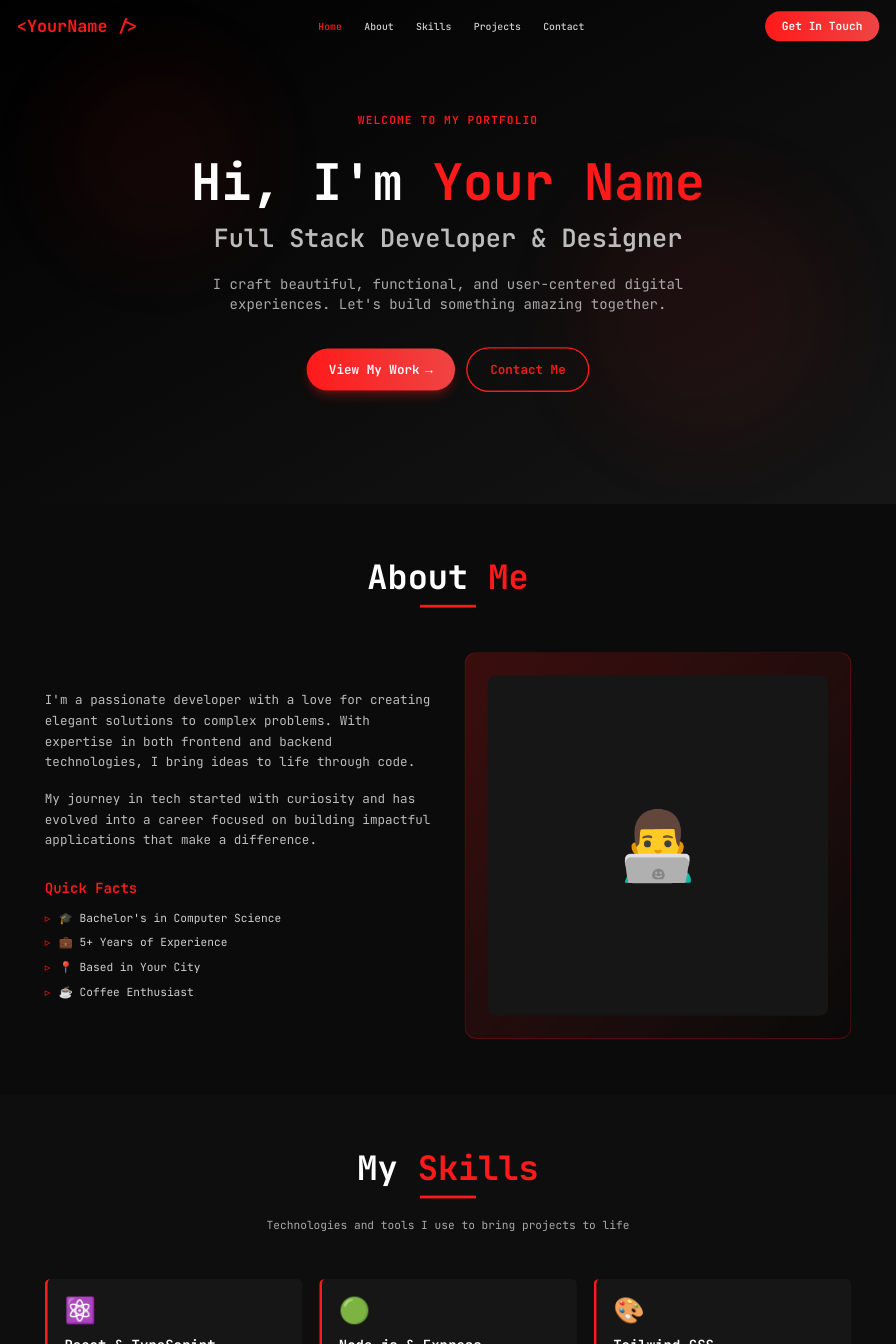
Repository: Eyub-Abdi/portfolio
Page: /
These files come from the project's save history. The page is drawn as it stood at one moment and after the next save; the edit follows.
The browser window is 1280 px wide. The pictures show the part of the page from y = 0 to 1920 px (the page is 4901 px tall before and 4967 px after), at 70% of full size.
The project was rebuilt for these pictures with package versions that can differ from the ones it lists, and the page was loaded fresh each time. Also part of the build but not shown: vite.config.ts.

Above is the page before, as saved 2025-12-02 11:19:05.

After the next save:
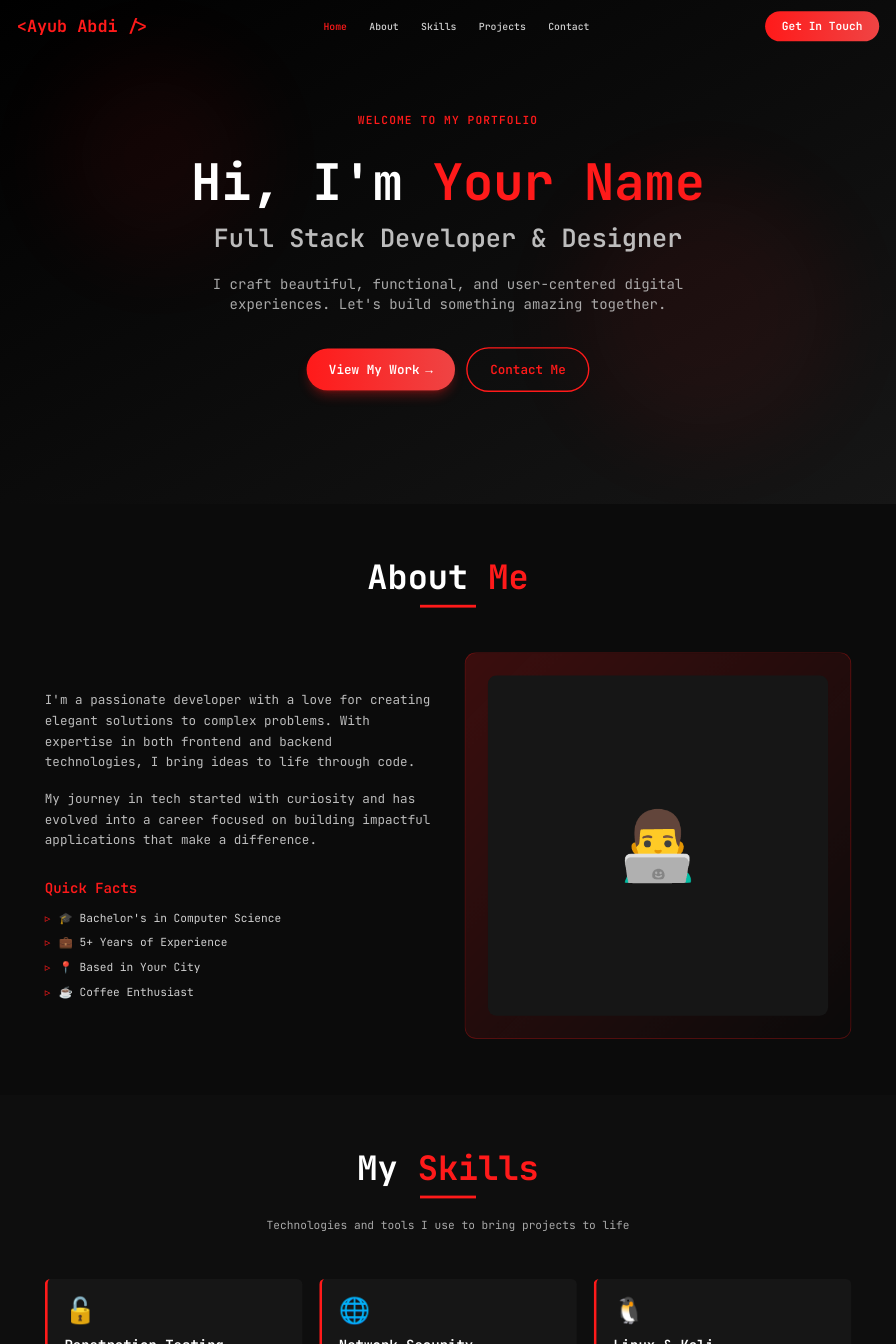
Saved 89 s later.
--- a/index.html
+++ b/index.html
@@ -4,20 +4,20 @@
     <meta charset="UTF-8" />
     <link rel="icon" type="image/svg+xml" href="/vite.svg" />
     <meta name="viewport" content="width=device-width, initial-scale=1.0" />
-    <title>Your Name | Full Stack Developer & Designer</title>
-    <meta name="description" content="Portfolio of Your Name - Full Stack Developer specializing in React, TypeScript, Node.js, and modern web technologies." />
-    <meta name="keywords" content="portfolio, web developer, full stack, react, typescript, node.js, designer" />
-    <meta name="author" content="Your Name" />
+    <title>Ayub Abdi | Cybersecurity Specialist & Ethical Hacker</title>
+    <meta name="description" content="Portfolio of Ayub Abdi - Cybersecurity Specialist specializing in penetration testing, ethical hacking, and network security." />
+    <meta name="keywords" content="cybersecurity, ethical hacking, penetration testing, network security, vulnerability assessment, Ayub Abdi" />
+    <meta name="author" content="Ayub Abdi" />
 
     <!-- Open Graph / Facebook -->
     <meta property="og:type" content="website" />
-    <meta property="og:title" content="Your Name | Full Stack Developer" />
-    <meta property="og:description" content="Portfolio showcasing modern web development projects and skills" />
+    <meta property="og:title" content="Ayub Abdi | Cybersecurity Specialist" />
+    <meta property="og:description" content="Portfolio showcasing cybersecurity projects, penetration testing, and ethical hacking expertise" />
 
     <!-- Twitter -->
     <meta name="twitter:card" content="summary_large_image" />
-    <meta name="twitter:title" content="Your Name | Full Stack Developer" />
-    <meta name="twitter:description" content="Portfolio showcasing modern web development projects and skills" />
+    <meta name="twitter:title" content="Ayub Abdi | Cybersecurity Specialist" />
+    <meta name="twitter:description" content="Portfolio showcasing cybersecurity projects, penetration testing, and ethical hacking expertise" />
 
     <!-- Font Awesome -->
     <link rel="stylesheet" href="https://cdnjs.cloudflare.com/ajax/libs/font-awesome/6.5.0/css/all.min.css" referrerpolicy="no-referrer" />
--- a/src/App.tsx
+++ b/src/App.tsx
@@ -33,37 +33,37 @@ function App() {
   }
 
   const skills = [
-    { name: 'React & TypeScript', icon: '⚛️', description: 'Building modern web applications' },
-    { name: 'Node.js & Express', icon: '🟢', description: 'Backend development & APIs' },
-    { name: 'Tailwind CSS', icon: '🎨', description: 'Modern UI/UX design' },
-    { name: 'MongoDB & SQL', icon: '🗄️', description: 'Database management' },
-    { name: 'Git & DevOps', icon: '🚀', description: 'Version control & deployment' },
-    { name: 'Python & AI', icon: '🤖', description: 'Machine learning & automation' }
+    { name: 'Penetration Testing', icon: '🔓', description: 'Ethical hacking & vulnerability assessment' },
+    { name: 'Network Security', icon: '🌐', description: 'Firewalls, IDS/IPS, VPN configuration' },
+    { name: 'Linux & Kali', icon: '🐧', description: 'Advanced Linux systems & security tools' },
+    { name: 'Python & Scripting', icon: '🐍', description: 'Security automation & exploit development' },
+    { name: 'Web Security', icon: '🔒', description: 'OWASP Top 10, SQL injection, XSS' },
+    { name: 'Malware Analysis', icon: '🦠', description: 'Reverse engineering & threat analysis' }
   ]
 
   const projects = [
     {
-      title: 'E-Commerce Platform',
-      description: 'Full-stack shopping platform with payment integration',
-      tech: ['React', 'Node.js', 'MongoDB', 'Stripe'],
+      title: 'Network Vulnerability Scanner',
+      description: 'Automated tool for detecting security vulnerabilities in networks',
+      tech: ['Python', 'Nmap', 'Scapy', 'SQLite'],
       link: '#'
     },
     {
-      title: 'Task Management App',
-      description: 'Collaborative project management tool with real-time updates',
-      tech: ['TypeScript', 'Express', 'Socket.io', 'PostgreSQL'],
+      title: 'Password Strength Analyzer',
+      description: 'Advanced password security tool with breach detection',
+      tech: ['Python', 'HIBP API', 'Flask', 'React'],
       link: '#'
     },
     {
-      title: 'AI Chat Assistant',
-      description: 'Intelligent chatbot powered by machine learning',
-      tech: ['Python', 'TensorFlow', 'React', 'FastAPI'],
+      title: 'Web Application Firewall',
+      description: 'Custom WAF for detecting and blocking malicious requests',
+      tech: ['Python', 'ModSecurity', 'Nginx', 'ML'],
       link: '#'
     },
     {
-      title: 'Portfolio Website',
-      description: 'Modern responsive portfolio with smooth animations',
-      tech: ['React', 'Tailwind', 'TypeScript', 'Vite'],
+      title: 'Security Awareness Platform',
+      description: 'Educational platform for cybersecurity training',
+      tech: ['React', 'Node.js', 'MongoDB', 'Gamification'],
       link: '#'
     }
   ]
@@ -82,7 +82,7 @@ function App() {
               }}
               className="text-red-terminal text-2xl font-bold hover:opacity-80 transition-opacity"
             >
-              &lt;YourName /&gt;
+              &lt;Ayub Abdi /&gt;
             </a>
 
             <ul className="hidden md:flex items-center gap-8">
@@ -293,8 +293,8 @@ function App() {
             <div className="bg-panel-bg p-8 rounded-xl border border-red-terminal/20">
               <div className="text-4xl mb-4">📧</div>
               <h3 className="text-xl font-semibold text-white mb-2">Email</h3>
-              <a href="mailto:your.email@example.com" className="text-red-terminal hover:underline">
-                your.email@example.com
+              <a href="mailto:ayubabdi@protonmail.com" className="text-red-terminal hover:underline">
+                ayubabdi@protonmail.com
               </a>
             </div>
 
